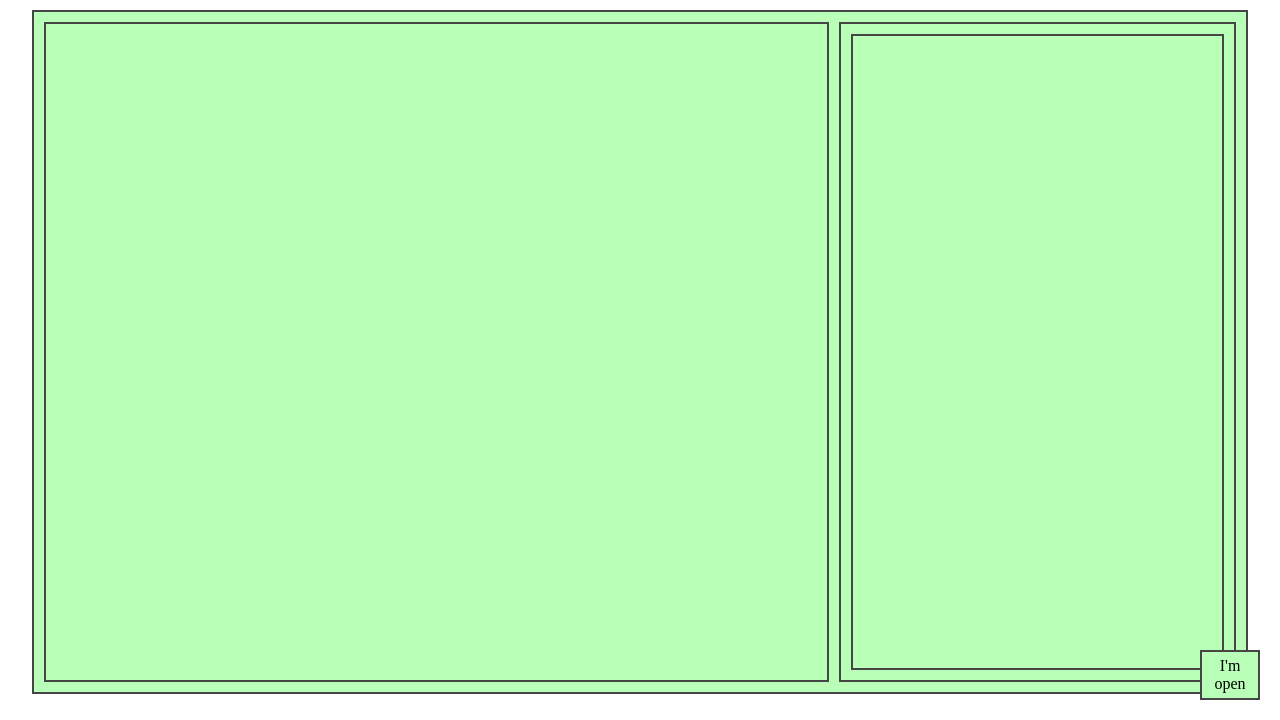
Repository: tannerbroberts/tannerbroberts.github.io
Page: /
An editor plug-in stored every save of this project. The page is shown before and after the next save, followed by the edit.
The browser window is 1280 px wide. The pictures show the whole page.
The project was rebuilt for these pictures with package versions that can differ from the ones it lists, and the page was loaded fresh each time. Also part of the build but not shown: vite.config.ts.

Above is the page before, as saved 2022-10-04 10:21:27.

After the next save:
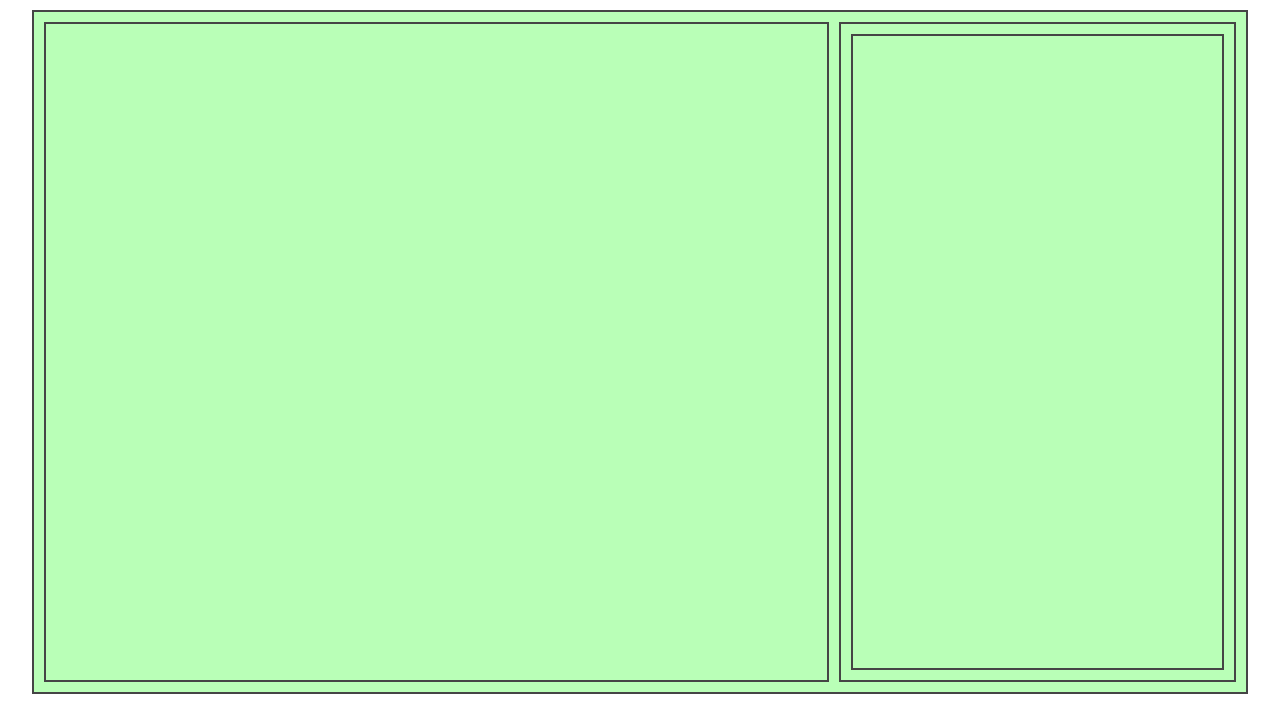
Saved 26 s later.
--- a/src/components/Shelf/Shelf.js
+++ b/src/components/Shelf/Shelf.js
@@ -24,7 +24,6 @@ export default function Shelf() {
 	return (
 		<div style={shelfCSS(shelfOpen)}>
 			<div style={shelfContentCSS(shelfOpen)}></div> {/** content area */}
-			<ShelfToggle />
 		</div>
 	)
 }

After the 3 saves that followed:
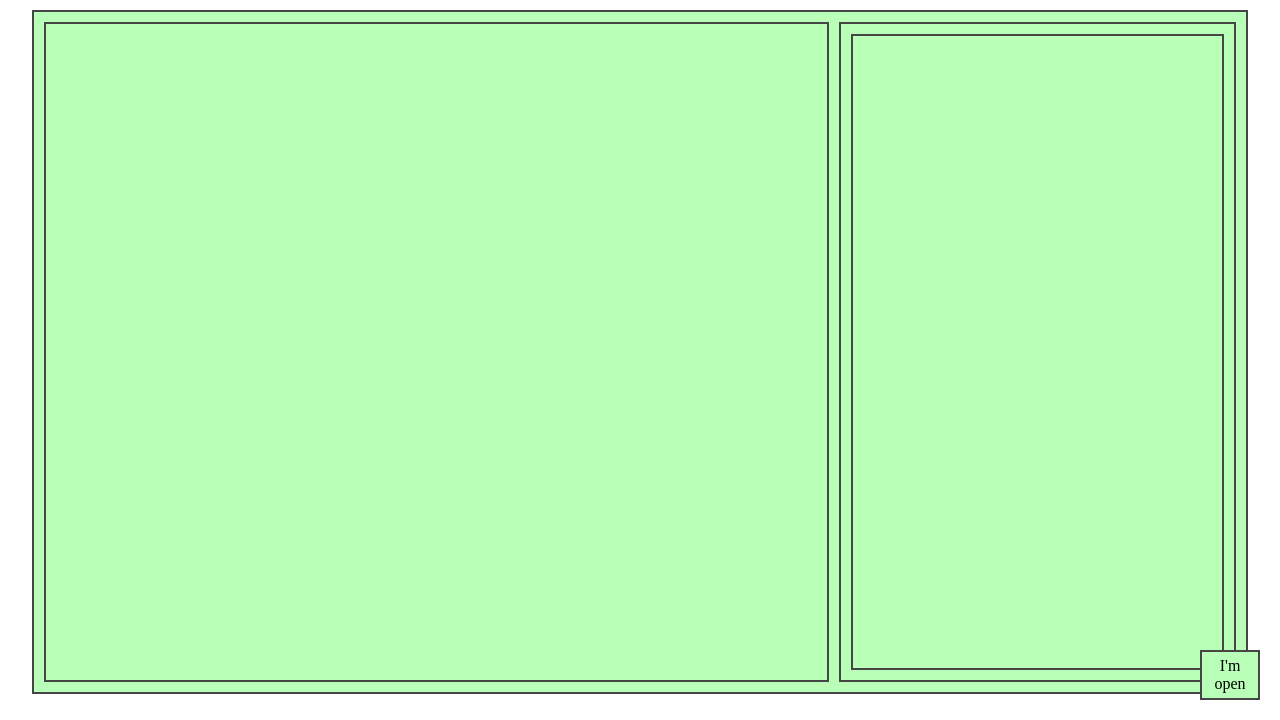
The 3 saves are shown as one change because 1 did not build or start and some came seconds apart.
The last was saved 15 s later.
--- a/src/App.js
+++ b/src/App.js
@@ -2,6 +2,7 @@ import React from "react"
 import { cssHelper } from "./api/cssHelper"
 import Main from "./components/Main"
 import Shelf from "./components/Shelf"
+import ShelfToggle from "./components/ShelfToggle"
 
 function App() {
 	const AppCSS = {
@@ -17,6 +18,7 @@ function App() {
 		<div style={AppCSS}>
 			<Main />
 			<Shelf />
+			<ShelfToggle />
 		</div>
 	)
 }
